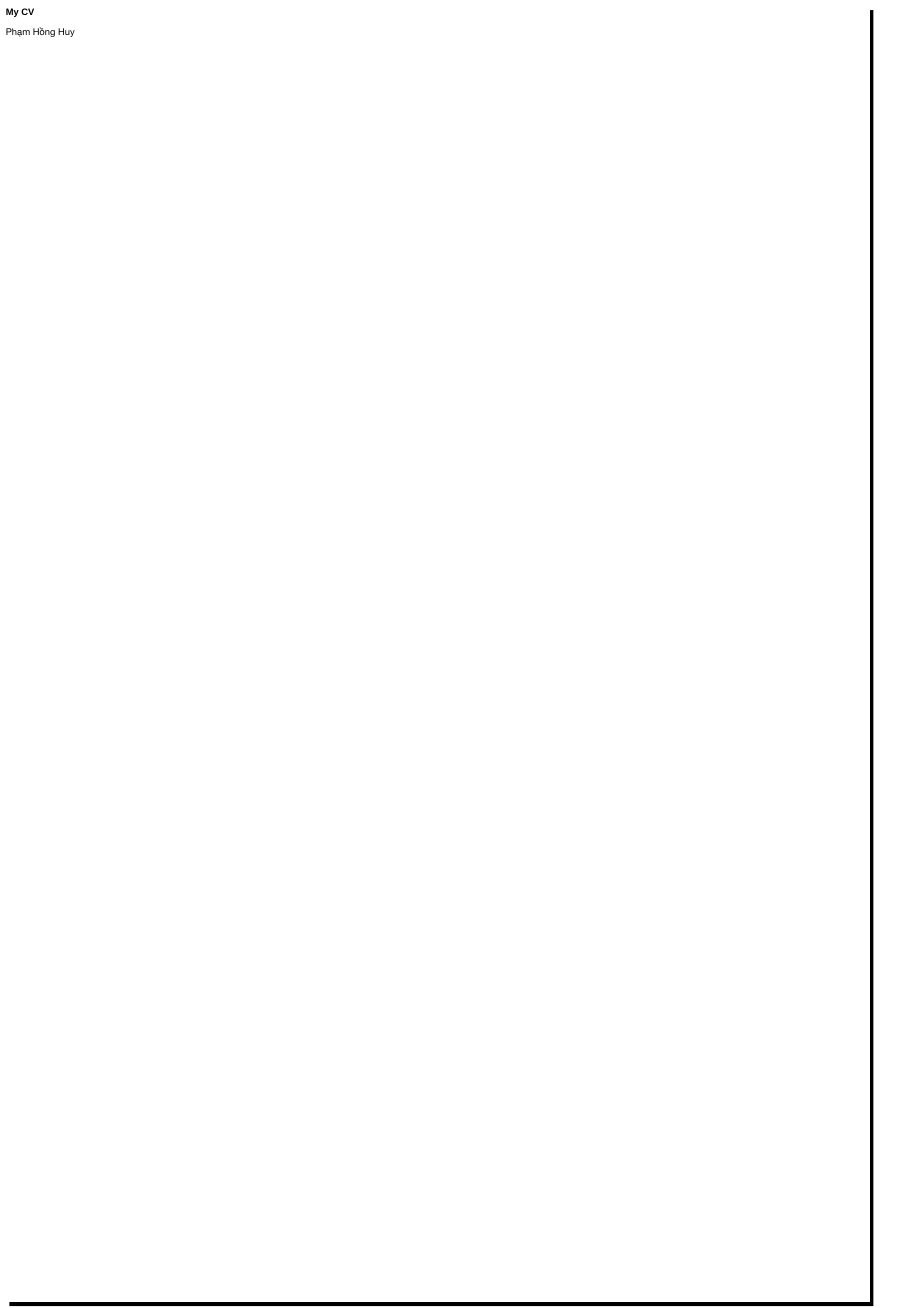
Repository: phamhonghuy/bookstore
Page: index.html
These files come from the project's save history. The page is drawn as it stood at one moment and after the next save; the edit follows.
The browser window is 1280 px wide. The pictures show the whole page, at 72% of full size.

Above is the page before, as saved 2021-10-08 22:52:21.

After the next save:
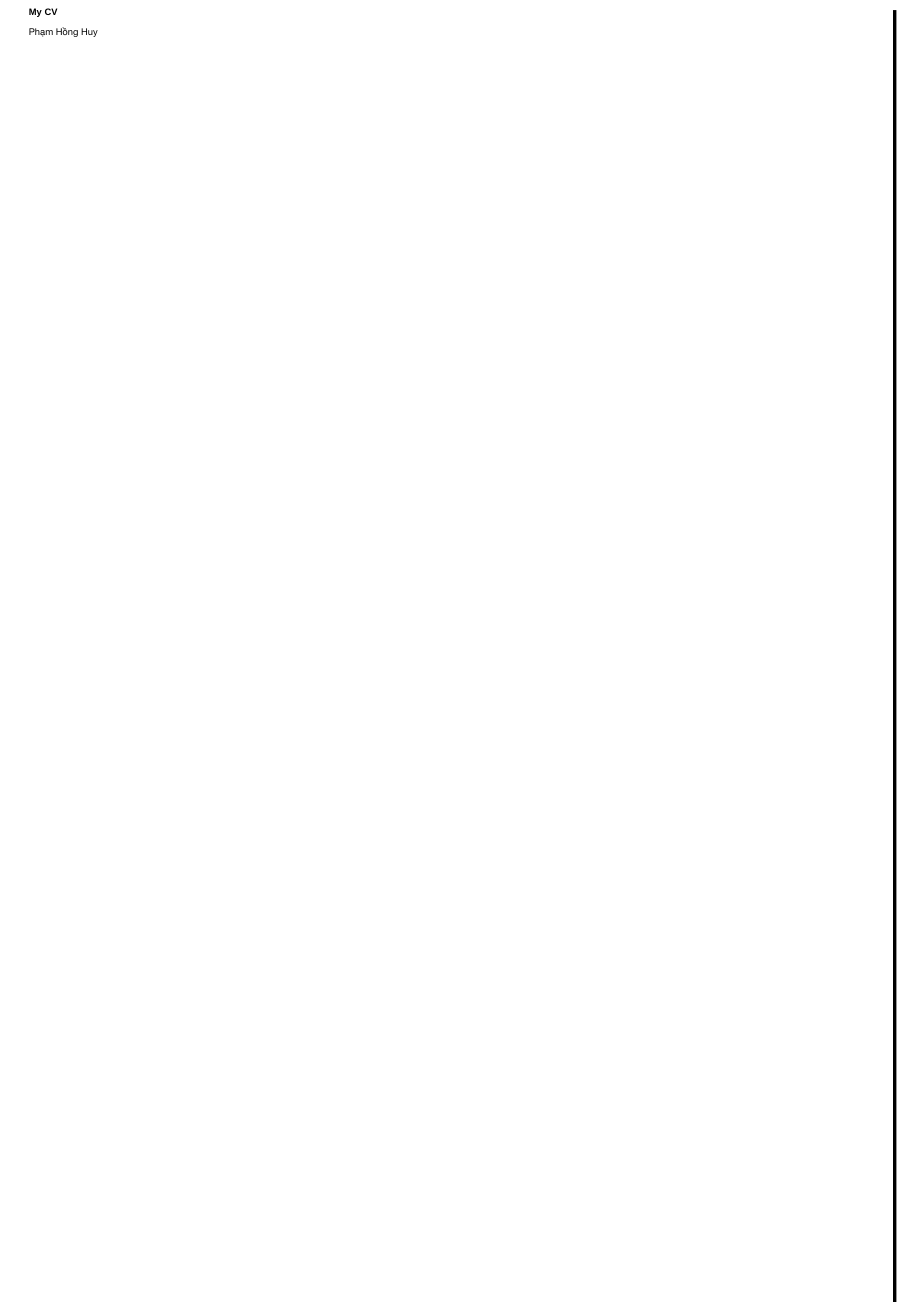
Saved 5 s later.
--- a/css/style.css
+++ b/css/style.css
@@ -12,5 +12,5 @@ body {
     width: 1200px;
     height: 1800px;
     box-shadow: 5px 5px rgb(0, 0, 0);
-    margin: ;
+    margin: auto;
 }
